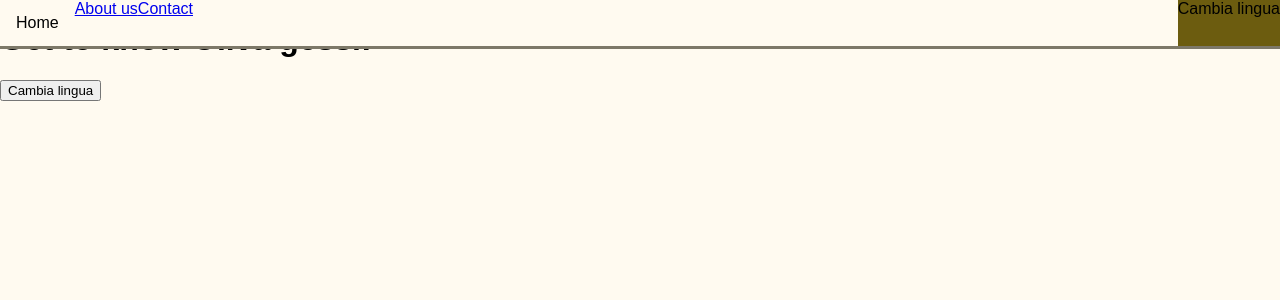
Repository: Seaside-Jokers/Oliva-gessi
Page: index.html
These files come from the project's save history. The page is drawn as it stood at one moment and after a run of saves; the edit follows.
The browser window is 1280 px wide. The pictures show the whole page.

Above is the page before, as saved 2026-02-16 19:23:17.

After the next 3 saves:
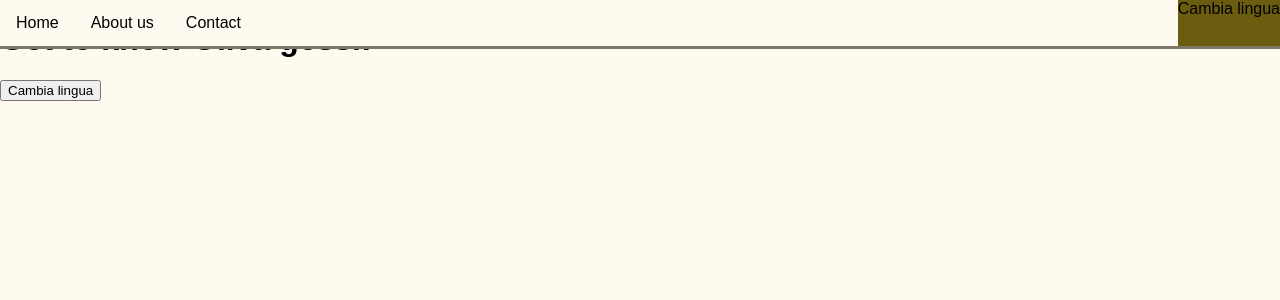
The 3 saves are shown as one change because they came seconds apart.
The last was saved 9 s later.
--- a/index.html
+++ b/index.html
@@ -8,8 +8,8 @@
 <body>
     <nav class="navbar">
         <a class="nav-button" href="#" data-key="home">Home</a>
-        <a href="#" data-key="about">Chi siamo</a>
-        <a href="#" data-key="contact">Contatti</a>
+        <a class="nav-button" href="#" data-key="about">Chi siamo</a>
+        <a class="nav-button" href="#" data-key="contact">Contatti</a>
         <a onclick="changeState()" data-key="change-language" class="change-language">
             Cambia lingua</a>
     </nav>
